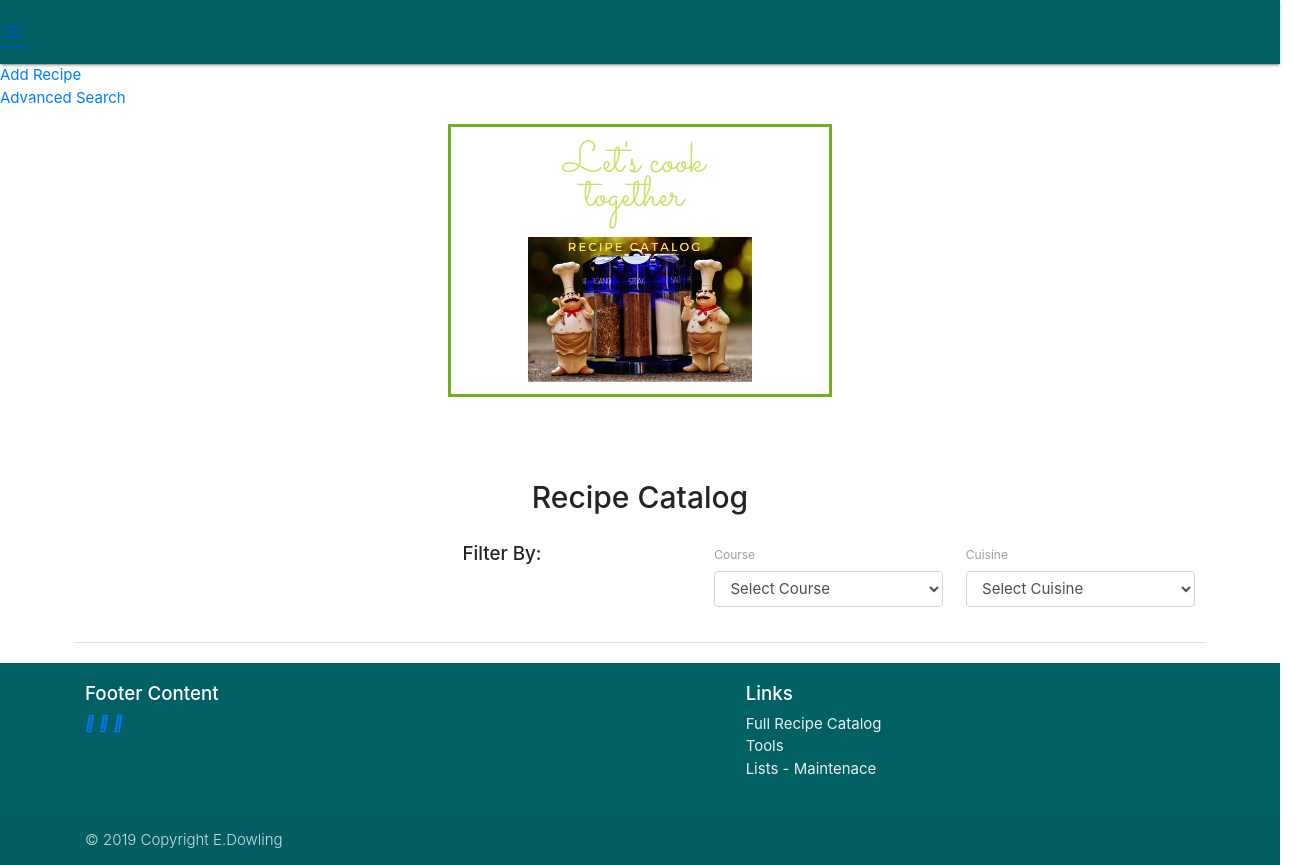
Repository: eldowling/lets-cook-together
Page: http://localhost/get_catalog?course=breakfast
The author's editor kept a record of every edit. The page is drawn from the files as they stood at one moment, then again after the next edit.
The browser window is 1280 px wide. The page is 1295 px wide, so the pictures cover 1295 px, including what lies to the right of the window. The pictures show the whole page.
Some web libraries are served in a nearby version. The page is served by the project's application, run on Flask 3 (app.py). Queries for data that is not in the repository find no rows.

Above is the page before.
Console error: TypeError: $(...).collapsible is not a function

### templates/catalog.html
{% extends 'base.html'%} {% block content %}
<div class="row justify-content-center">
  <h2>Recipe Catalog</h2>
</div>
<div class="container">
  <div class="row">
    <div class="col s2 offset-s4">
      <h5>Filter By:</h5>
    </div>
    <div class="col s3">
      <div class="form-group">
        <label for="selectCourse">Course</label>
        <select class="form-control" id="selectCourse">
          <option>Select Course</option>
          <option><a href="{{url_for('get_catalog', course="breakfast")}}" >Breakfast</a></option>
          <option>Lunch</option>
          <option>Soup</option>
          <option>Main</option>
          <option>Dessert</option>
        </select>
      </div>
    </div>
    <div class="col s3">
      <div class="form-group">
        <label for="selectCuisine">Cuisine</label>
        <select class="form-control" id="selectCuisine">
          <option>Select Cuisine</option>
          <option>Americian</option>
          <option>Chinese</option>
          <option>English</option>
          <option>French</option>
          <option>Italian</option>
          <option>Mexican</option>
        </select>
      </div>
    </div>
  </div>
</div>


<div class="container yellow lighten-4">
  <div class = "row">
    <div class="col s12 divider"></div>
  </div>
  <div>

    {% for group in recipes|groupby('course') %}
      <h2>{{ group.grouper }}</h2>
      <div class = "row">
        <div class="col s12 divider"></div>
      </div>
      {% for recipe in group.list %}
      <div class = "row">
        <div class="col s12">
          <h5>{{ recipe.title }}</h5>
        </div>
      </div>
      <div class="row">
      <div class="col s6 offset-s2">
        {{recipe.description}}
      </div>
      <div class="col s3">
        <strong>Rating: </strong> {{recipe.rating}}
      </div>
    </div>
      {% endfor %}
      </ul>
      </li>
      {% endfor %}
      </ul>
</div>
</div>

{% endblock %}

### templates/base.html
<!DOCTYPE html>
<html>

<head>
    <link href="https://fonts.googleapis.com/icon?family=Material+Icons" rel="stylesheet">
    <link rel="stylesheet" href="https://cdnjs.cloudflare.com/ajax/libs/materialize/0.100.2/css/materialize.min.css">
    <link rel="stylesheet" href="https://maxcdn.bootstrapcdn.com/bootstrap/4.0.0/css/bootstrap.min.css" integrity="sha384-Gn5384xqQ1aoWXA+058RXPxPg6fy4IWvTNh0E263XmFcJlSAwiGgFAW/dAiS6JXm" crossorigin="anonymous">
    <link rel="stylesheet" href="https://cdnjs.cloudflare.com/ajax/libs/font-awesome/4.7.0/css/font-awesome.min.css">
    <link rel="stylesheet" href="{{ url_for('static', filename='css/style.css') }}" type="text/css" />
</head>

<body>
    <header>
        <!-- Dropdown Structure -->
        <ul id="dropdown1" class="dropdown-content">
            <li><a href="#!">one</a></li>
            <li><a href="#!">two</a></li>
            <li class="divider"></li>
            <li><a href="#!">three</a></li>
        </ul>

        <nav>
            <div class="nav-wrapper cyan darken-4">

                <form>
                    <a href="#" data-target="mobile-demo" class="sidenav-trigger"><i class="material-icons">menu</i></a>
                    <div class="input-field inline ">
                        <input id="search" type="search" required>
                        <label class="label-icon" for="search"><i class="material-icons">search</i></label>
                        <i class="material-icons">close</i>
                    </div>
                    <ul id="nav-mobile" class="right hide-on-med-and-down">
                        <li><a href="addedit-recipe.html">Add Recipe</a></li>
                        <li><a class="dropdown-trigger" href="#!" data-target="dropdown1">Advanced Search<i class="material-icons right">arrow_drop_down</i></a></li>
                    </ul>

                </form>

            </div>
        </nav>

        <ul class="sidenav" id="mobile-demo">
            <li><a href="addedit-recipe.html">Add Recipe</a></li>
            <li><a href="badges.html">Advanced Search</a></li>
        </ul>


    </header>

    <div class="center">
            <img class="main-img" src="static/images/lets-cook-logo.png"></img>
    </div>
    <div> <BR> </div>

        {% block content %} {% endblock %}


    <footer class="page-footer cyan darken-4">
        <div class="container">
            <div class="row">
                <div class="col l6 s12">
                    <h5 class="white-text">Footer Content</h5>

                    <span class="grey-text text-lighten-4 ">
                        <a href="facebook.html"><i class="fab fa-facebook-square"></i></a>
                        <a href="twitter.html"><i class="fab fa-twitter-square"></i></a>
                        <a href="instagram.html"><i class="fab fa-instagram"></i></a>
                    </span>
                </div>
                <div class="col l4 offset-l2 s12">
                    <h5 class="white-text">Links</h5>
                    <ul>
                        <li><a class="grey-text text-lighten-3" href="{{url_for('get_catalog')}}">Full Recipe Catalog</a></li>
                        <li><a class="grey-text text-lighten-3" href="tools.html">Tools</a></li>
                        <li><a class="grey-text text-lighten-3" href="maintenance.html">Lists - Maintenace</a></li>
                    </ul>
                </div>
            </div>
        </div>
        <div class="footer-copyright">
            <div class="container">
                © 2019 Copyright E.Dowling
            </div>
        </div>
    </footer>

    <script src="https://cdnjs.cloudflare.com/ajax/libs/jquery/3.2.1/jquery.min.js"></script>
    <script src="https://cdnjs.cloudflare.com/ajax/libs/materialize/0.100.2/js/materialize.min.js"></script>
    <script src="https://code.jquery.com/jquery-3.2.1.slim.min.js" integrity="sha384-KJ3o2DKtIkvYIK3UENzmM7KCkRr/rE9/Qpg6aAZGJwFDMVNA/GpGFF93hXpG5KkN" crossorigin="anonymous"></script>
    <script src="https://cdnjs.cloudflare.com/ajax/libs/popper.js/1.12.9/umd/popper.min.js" integrity="sha384-ApNbgh9B+Y1QKtv3Rn7W3mgPxhU9K/ScQsAP7hUibX39j7fakFPskvXusvfa0b4Q" crossorigin="anonymous"></script>
    <script src="https://maxcdn.bootstrapcdn.com/bootstrap/4.0.0/js/bootstrap.min.js" integrity="sha384-JZR6Spejh4U02d8jOt6vLEHfe/JQGiRRSQQxSfFWpi1MquVdAyjUar5+76PVCmYl" crossorigin="anonymous"></script>
    <script type="text/javascript">
        $(document).ready(function() {
            $('.collapsible').collapsible();
            $('select').material_select();
            $(".button-collapse").sideNav();
            $(".dropdown-trigger").dropdown();
            $('.sidenav').sidenav();
            $('.dropdown-toggle').dropdown();
            $('.tabs').tabs();
        });



    </script>
</body>
</html>

### app.py
import os
from flask import Flask, render_template, redirect, request, url_for
from flask_pymongo import PyMongo
from bson.objectid import ObjectId

app = Flask(__name__)
app.config["MONGO_DBNAME"] = 'recipie_catalog'
app.config["MONGO_URI"] = 'mongodb+srv://root:r00tUser@myfirstcluster-pwjgy.mongodb.net/recipie_catalog?retryWrites=true&w=majority'
#app.config["MONGO_URI"] = os.getenv('MONGO_URI', 'mongodb://localhost')

mongo = PyMongo(app)


@app.route('/')
#@app.route('/get_catalog/<course>')
#def get_catalog(course):
@app.route('/get_catalog')
def get_catalog():
    #if course == '':*/
        return render_template("catalog.html", recipes=mongo.db.recipes.find())
    #if course != '':
    #    return render_template("catalog.html", recipes=mongo.db.recipes.find({ "recipes.course": course }))

#@app.route('/get_catalog/<course_id>')
#def show_recipe(recipe_id):
#    course =  mongo.db.recipes.find_one({"course": ObjectId(course)})
#    all_courses =  mongo.db.categories.find()
#    return render_template('catalog.html', task=the_recipe,
#                           categories=all_categories)

@app.route('/show_recipe/<recipe_id>')
def show_recipe(recipe_id):
    the_recipe =  mongo.db.recipes.find_one({"_id": ObjectId(recipe_id)})
#    all_categories =  mongo.db.categories.find()
    return render_template('recipe.html', recipe=the_recipe)

if __name__ == '__main__':
    app.run(host=os.environ.get('IP'),
            port=int(os.environ.get('PORT')),
            debug=True)


@app.route('/filter_catalog/<course>')
def filter_catalog(course):
    return render_template("catalog.html", recipes=mongo.db.recipes.find({ "recipes.course": course }))

### static/css/style.css
.main-img {
  display: inline-block;
  vertical-align: middle;
  max-height: auto;
  max-width: 230px;
}

.center {
  margin: auto;
  min-width: 250px;
  width: 30%;
  border: 3px solid #73AD21;
  padding: 10px;
  margin-bottom: 4em;
}
.tabs .tab a{
    color:#00838f;
}
.tabs .tab a:hover,.tabs .tab a.active {
	background-color:transparent;
	color:#00b8d4;
}
.tabs .indicator {
	background-color:#006064;
}
 .tabs {
    margin-bottom: 2em;
}

.recipe_tabs{
  margin-left: 2em;
}

After the next edit:
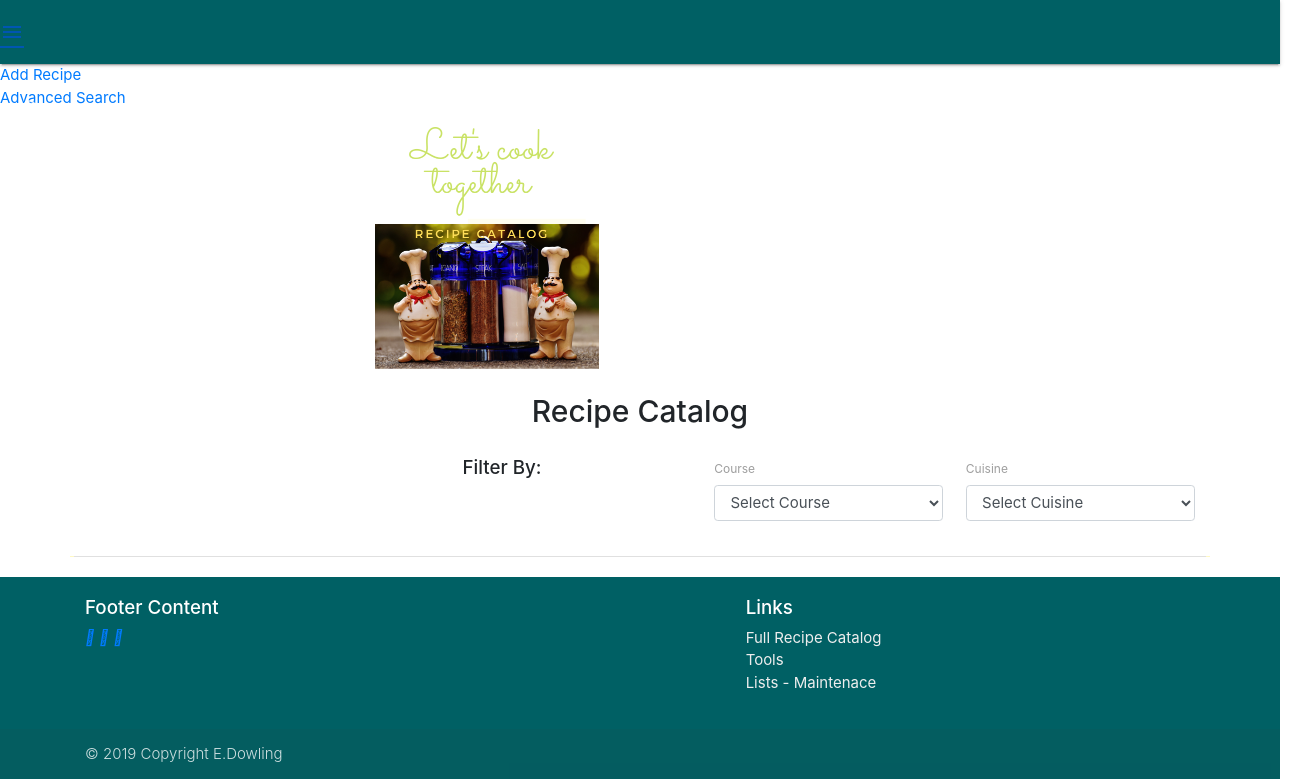
The edit:
--- a/static/css/style.css
+++ b/static/css/style.css
@@ -5,7 +5,7 @@
   max-width: 230px;
 }
 
-.center {
+.center-img {
   margin: auto;
   min-width: 250px;
   width: 30%;
